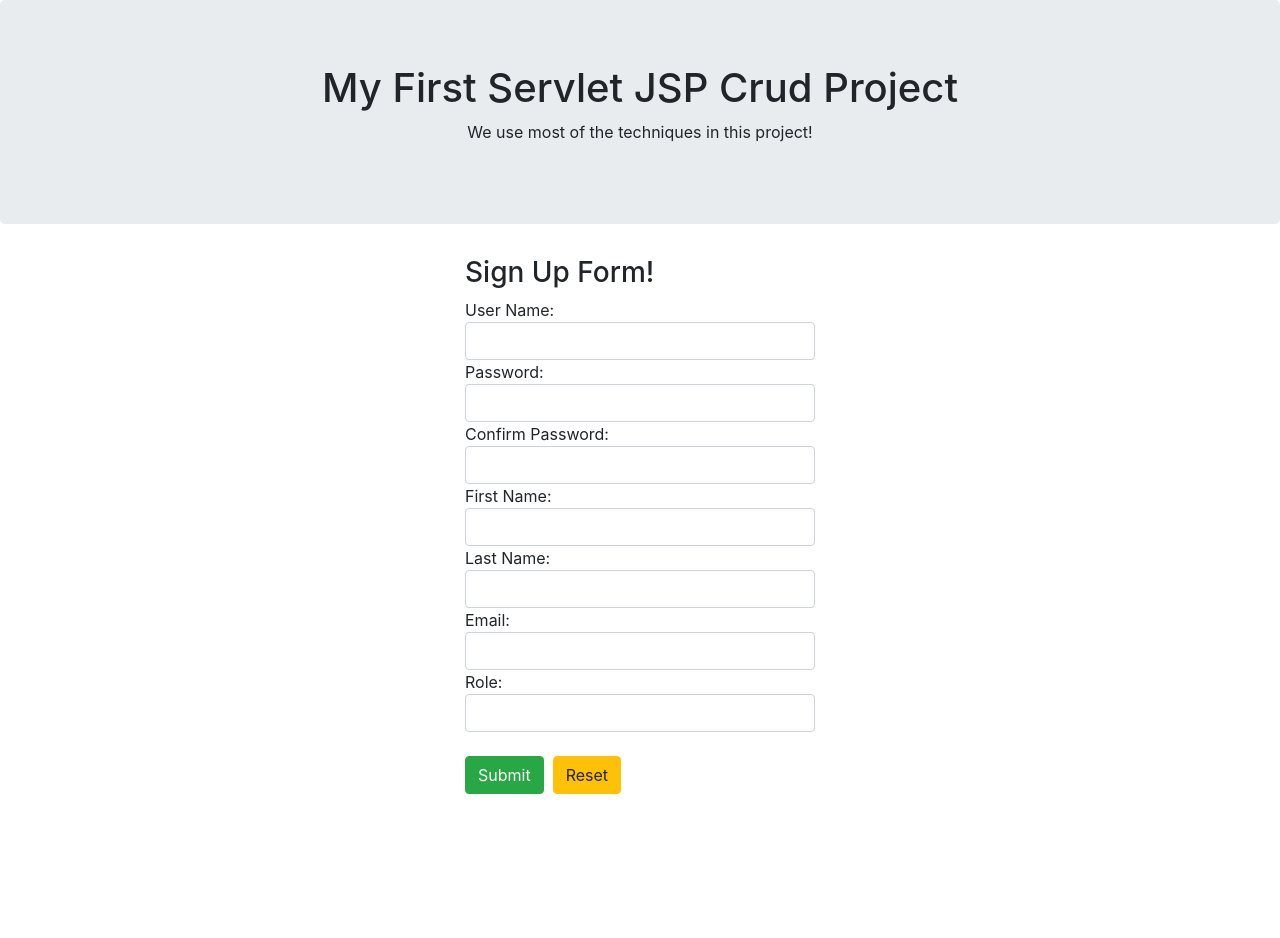
Repository: jagasia/sep-07
Page: http://localhost/sep-07-04/signup.jsp
These files come from the project's save history. The page is drawn as it stood at one moment and after the next save; the edit follows.
The browser window is 1280 px wide. The pictures show the whole page.
The page is served by Tomcat 9.

Above is the page before, as saved 2022-09-07 10:03:03.

After the next save:
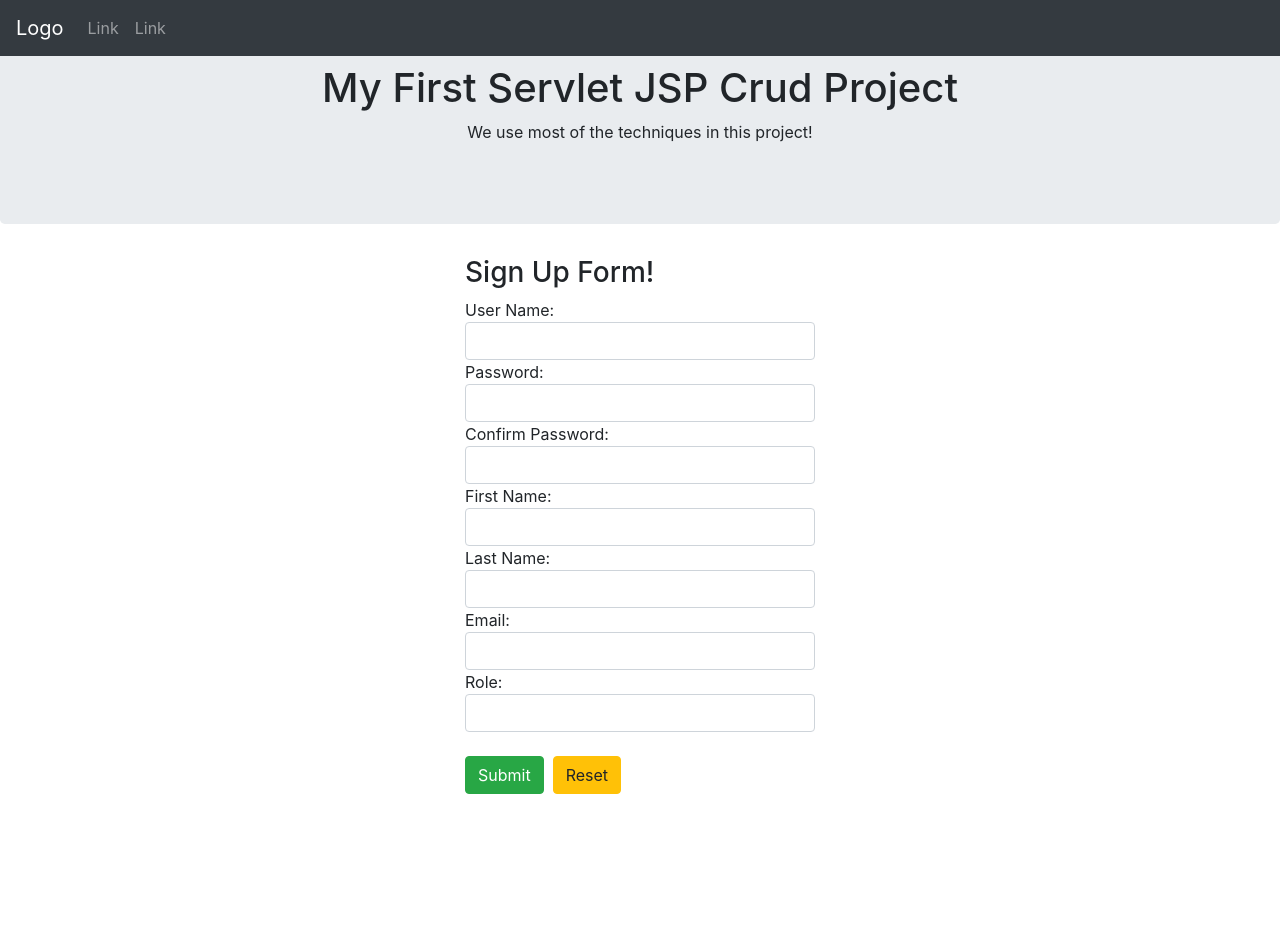
Saved 19 s later.
--- a/sep-07-04/WebContent/signup.jsp
+++ b/sep-07-04/WebContent/signup.jsp
@@ -11,6 +11,7 @@
   <script src="https://cdn.jsdelivr.net/npm/bootstrap@4.6.1/dist/js/bootstrap.bundle.min.js"></script>
 </head>
 <body>
+<jsp:include page="menu.jsp"></jsp:include>
 <div class="jumbotron text-center">
   <h1>My First Servlet JSP Crud Project</h1>
   <p>We use most of the techniques in this project!</p>
